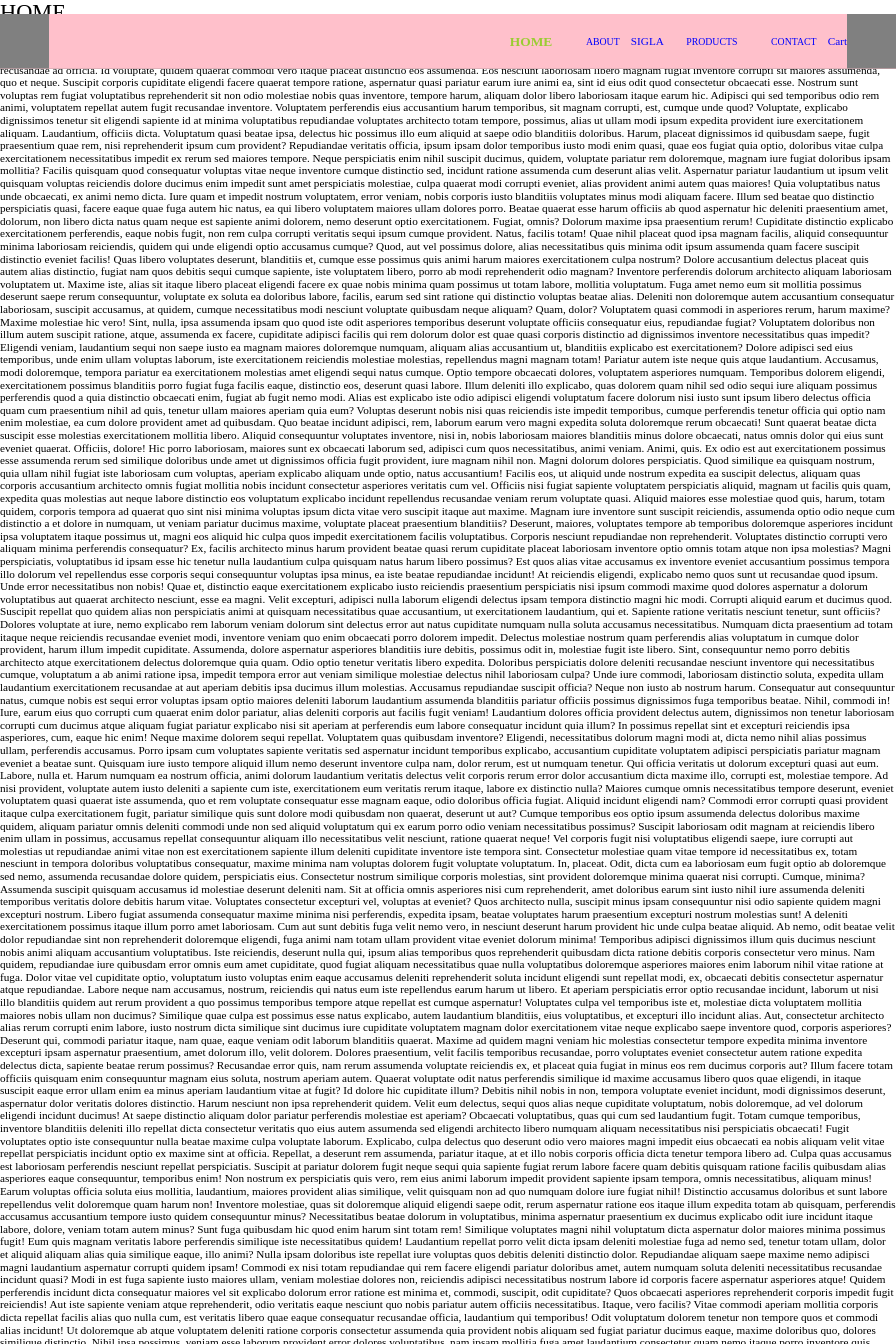
Repository: RalucaZota/cakeshop
Page: /
An editor plug-in stored every save of this project. The page is shown before and after the next save, followed by the edit.
The browser window is 1280 px wide. The pictures show the part of the page from y = 0 to 1920 px (the page is 7111 px tall), at 70% of full size.
The project was rebuilt for these pictures with package versions that can differ from the ones it lists, and the page was loaded fresh each time. Also part of the build but not shown: vite.config.js, src/views/Products.vue, src/views/About.vue, src/views/Contact.vue.

Above is the page before, as saved 2023-06-03 17:48:24.

### src/assets/main.css
@import './base.css';

#app {
  margin: 0 auto;

  font-weight: normal;
}

### src/App.vue
<script setup>
import Navbar from "./components/Navbar.vue"

</script>

<template>
<navbar/>
</template>

<style scoped>

</style>

### src/assets/base.css
/* color palette from <https://github.com/vuejs/theme> */
:root {
  --vt-c-white: #ffffff;
  --vt-c-white-soft: #f8f8f8;
  --vt-c-white-mute: #f2f2f2;

  --vt-c-black: #181818;
  --vt-c-black-soft: #222222;
  --vt-c-black-mute: #282828;

  --vt-c-indigo: #2c3e50;

  --vt-c-divider-light-1: rgba(60, 60, 60, 0.29);
  --vt-c-divider-light-2: rgba(60, 60, 60, 0.12);
  --vt-c-divider-dark-1: rgba(84, 84, 84, 0.65);
  --vt-c-divider-dark-2: rgba(84, 84, 84, 0.48);

  --vt-c-text-light-1: var(--vt-c-indigo);
  --vt-c-text-light-2: rgba(60, 60, 60, 0.66);
  --vt-c-text-dark-1: var(--vt-c-white);
  --vt-c-text-dark-2: rgba(235, 235, 235, 0.64);
}

/* semantic color variables for this project */
:root {
  --color-background: var(--vt-c-white);
  --color-background-soft: var(--vt-c-white-soft);
  --color-background-mute: var(--vt-c-white-mute);

  --color-border: var(--vt-c-divider-light-2);
  --color-border-hover: var(--vt-c-divider-light-1);

  --color-heading: var(--vt-c-text-light-1);
  --color-text: var(--vt-c-text-light-1);

  --section-gap: 160px;
}

@media (prefers-color-scheme: dark) {
  :root {
    --color-background: var(--vt-c-black);
    --color-background-soft: var(--vt-c-black-soft);
    --color-background-mute: var(--vt-c-black-mute);

    --color-border: var(--vt-c-divider-dark-2);
    --color-border-hover: var(--vt-c-divider-dark-1);

    --color-heading: var(--vt-c-text-dark-1);
    --color-text: var(--vt-c-text-dark-2);
  }
}

*,
*::before,
*::after {
  box-sizing: border-box;
  margin: 0;
  font-weight: normal;
}

### src/components/Navbar.vue
<template>
  <header :class="{ 'scrolled-nav': scrolledNav }">
    <nav >
      <ul class="navigation" v-show="!mobile">
        <li>
          <RouterLink active-class="active" :to="{ name: 'home' }" class=" link"
            >Home</RouterLink
          >
        </li>
        <li>
          <RouterLink active-class="active" :to="{ name: 'about' }" class=" link"
            >About</RouterLink
          >
        </li>
        <div class="branding">SIGLA</div>
        <li>
          <RouterLink active-class="active" :to="{ name: 'products' }" class=" link"
            >Products</RouterLink
          >
        </li>
        <li>
          <RouterLink active-class="active" :to="{ name: 'contact' }" class=" link"
            >Contact</RouterLink
          >
        </li>
        <div class="nav-elements cart">Cart</div>
      </ul>
        <div class="icon">
          <font-awesome-icon icon="fa-solid fa-bars" size="lg" @click="toggleMobileNav" v-show="mobile" class="burger" :class="{'icon-active': mobileNav}"/>
        </div>
      <transition name="mobile-nav">
        <ul v-show="mobileNav" class="dropdown-nav">
          <li>
            <RouterLink active-class="active" :to="{ name: 'home' }" class="link"
              >Home</RouterLink
            >
          </li>
          <li>
            <RouterLink active-class="active" :to="{ name: 'about' }" class=" link"
              >About</RouterLink
            >
          </li>
          <li>
            <RouterLink active-class="active" :to="{ name: 'products' }" class=" link"
              >Products</RouterLink
            >
          </li>
          <li>
            <RouterLink active-class="active" :to="{ name: 'contact' }" class=" link"
              >Contact</RouterLink
            >
          </li>
        </ul>
      </transition>
    </nav>
  </header>

  <RouterView />
</template>
<script>
import { RouterLink, RouterView } from 'vue-router'
import Home from '../views/Home.vue'
import Products from '../views/Products.vue'
import About from '../views/About.vue'
import Contact from '../views/Contact.vue'
export default {
  name: 'navbar',
  components: {
    Home,
    Products,
    About,
    Contact
  },
  data(){
    return {
      scrolledNav: null,
      mobile: null,
      mobileNav: null,
      windowWidth: null
    }
  },
  created(){
    window.addEventListener('resize', this.checkScreen);
    this.checkScreen()
  },
  mounted(){
    window.addEventListener('scroll', this.updateScroll)
  },
  methods:{
    toggleMobileNav(){
      this.mobileNav = !this.mobileNav
    },
    updateScroll(){
      const scrollPosition =  window.scrollY;
      if (scrollPosition > 50){
        this.scrolledNav = true;
        return;
      }
      this.scrolledNav = false
    },
    checkScreen(){
      this.windowWidth = window.innerWidth;
      if( this.windowWidth <= 750){
        this.mobile = true;
        return;
      }
      this.mobile = false;
      this.mobileNav = false;
    }
  }
}
</script>
<style lang="scss">
@import '../styles/Navbar.scss';
</style>

### src/styles/Navbar.scss
header{
    width: 100%;
    position: fixed;
    transition: 0.5s ease all;
    background-color: gray;
    z-index: 99;
    color: white;
    margin-top: 20px;
    nav{
        display: flex;
        align-items: center;
        justify-content: space-evenly;
        flex-direction: row;
        background-color: pink;
        transition: 0.5s ease all;
        padding: 12px 0;
        width: 90%;
        margin: 0 auto;
        text-decoration: none;
        position: relative;


        @media (min-width: 1140px) {
            max-width: 1140px;
        }
        ul,
        .link {
            font-weight: 500;
            color: blue;
            list-style: none;
            text-decoration: none;
        }
        li {
            text-transform: uppercase;
            padding: 16px;
            margin-left: 16px;
        }

        .link {
            font-size: 14px;
            transition: 0.5s ease all;
            padding-bottom: 4px;
            border-bottom:  1px solid transparent;
            &:hover {
                color: aquamarine;
                border-color: purple;
            }
        }
        .branding {
            display: flex;
            align-items: center;

            // img {
            //     width: 50px;
            //     transition: .5s ease all;
            // }
        }

        .active{
        font-weight: bold;
        color: yellowgreen;
        font-weight: 600;
        text-decoration: none;
        font-size: larger;
        }
        .cart{
        // position: absolute;
        // right: 5%;
    }
        .navigation {
            display: flex;
            align-items: center;
            flex: 1;
            justify-content: flex-end;
    }
        .icon{
            display: flex;
            align-items: center;
            position: absolute;
            top: 0;
            left: 24px;
            height: 100%;
            .burger{
            cursor: pointer;
            font-size: 24px;
            transition: .8s ease all;
        }
    }
        .icon-active{
            transform: rotate(180deg);
            color: aquamarine;
    }
        .dropdown-nav{
            display: flex;
            flex-direction: column;
            position: fixed;
            width: 100%;
            max-width: 250px;
            height: 100%;
            background-color: plum;
            top: 0;
            left: 0;
            li{
                margin-left: 0;
                .link{
                    color: black;
            }
        }

    }
        .mobile-nav-enter-active, .mobile-nav-leave-active {
            transition:  1s ease all;
        }
        .mobile-nav-enter-from, .mobile-nav-leave-to {
            transform: translateX((-250px));
        }
        .mobile-nav-enter-to {
            transform: translateX((0));
        }

}
}
.scrolled-nav{
    background-color: burlywood;
    box-shadow: 0 4px 6px -1px rgba(0, 0, 0, 0.1), 0 2px 4px -1px rgba(0, 0, 0, 0.06);
    margin-top: 0px;
        nav{
            padding: 8px 0;
            .branding{
            // img{
            //     width: 40px;
            //     box-shadow: 0 4px 6px -1px rgba(0, 0, 0, 0.1), 0 2px 4px -1px rgba(0, 0, 0, 0.06);

            // }
        }
    }
}

Loaded but not shown: index.html (common file); src/router/index.js (20 lines, source omitted); src/main.js (20 lines, source omitted); src/views/Home.vue (13 lines, source omitted)

After the next save:
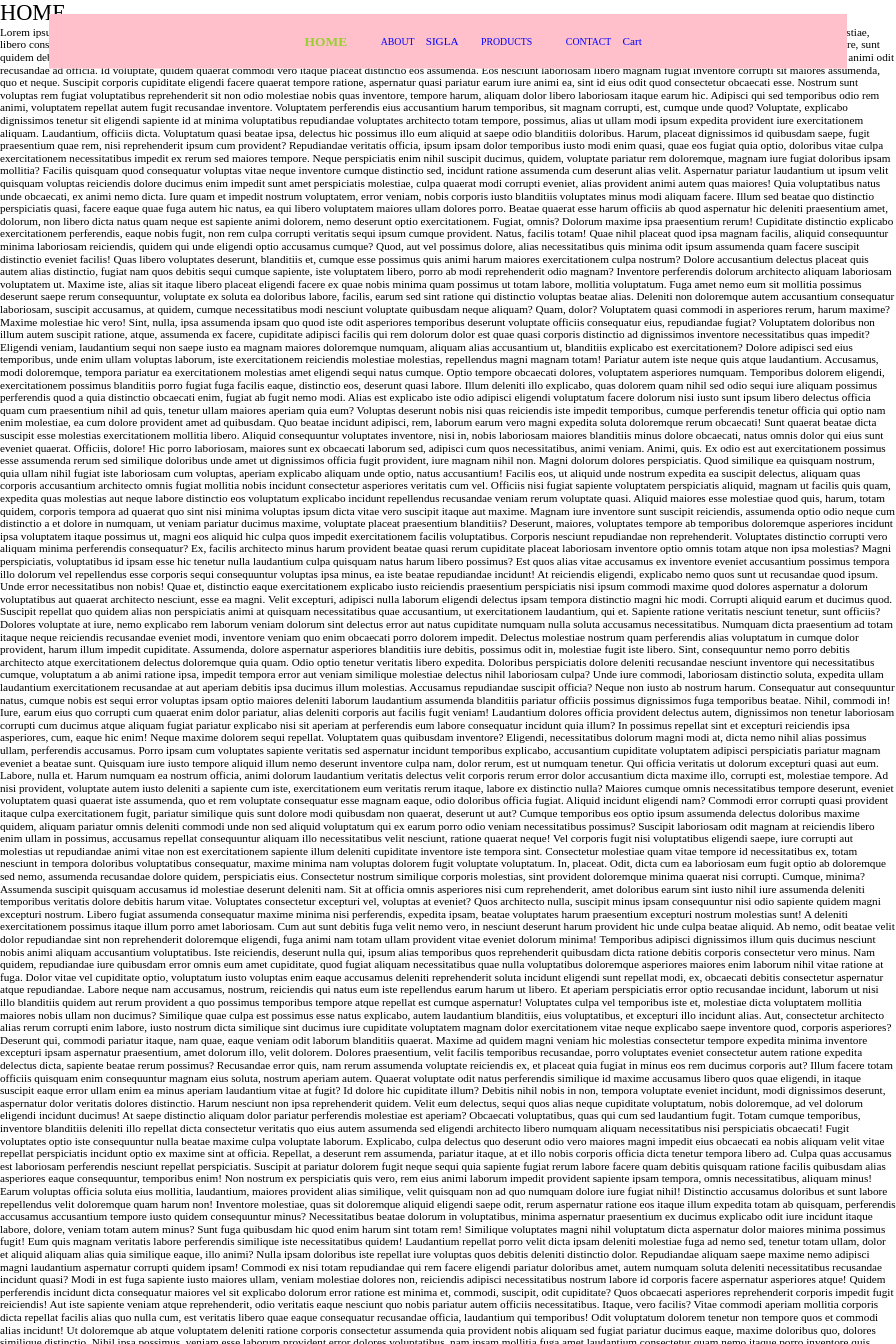
Saved 80 s later.
--- a/src/styles/Navbar.scss
+++ b/src/styles/Navbar.scss
@@ -2,7 +2,7 @@ header{
     width: 100%;
     position: fixed;
     transition: 0.5s ease all;
-    background-color: gray;
+    background-color: transparent;
     z-index: 99;
     color: white;
     margin-top: 20px;
@@ -71,7 +71,7 @@ header{
             display: flex;
             align-items: center;
             flex: 1;
-            justify-content: flex-end;
+            justify-content: center;
     }
         .icon{
             display: flex;
@@ -121,7 +121,6 @@ header{
 }
 }
 .scrolled-nav{
-    background-color: burlywood;
     box-shadow: 0 4px 6px -1px rgba(0, 0, 0, 0.1), 0 2px 4px -1px rgba(0, 0, 0, 0.06);
     margin-top: 0px;
         nav{
